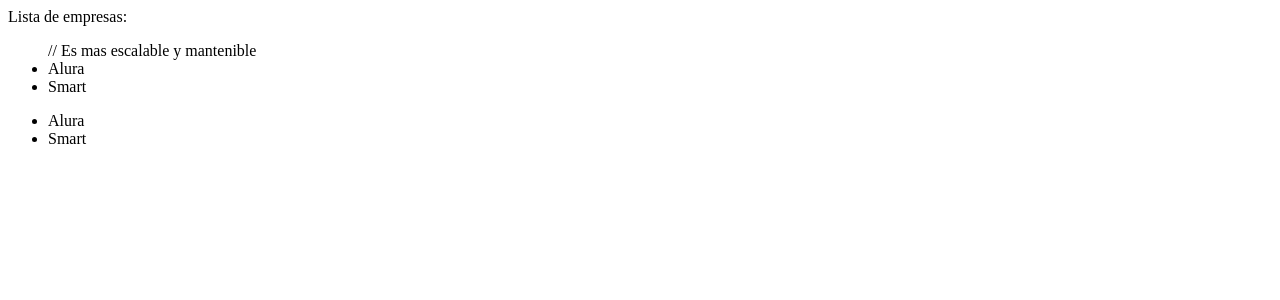
Repository: vtorres65/Crud_Servlet
Page: http://localhost/gerenciador/listaEmpresas
An editor plug-in stored every save of this project. The page is shown before and after the next save, followed by the edit.
The browser window is 1280 px wide. The pictures show the whole page.
The page is served by Tomcat 10. Other server files are loaded and not shown.

Above is the page before, as saved 2023-05-04 01:54:11.

### gerenciador/src/main/webapp/listaEmpresas.jsp
<%@page import="com.alura.gerenciador.servlet.Empresa"%>
<%@page import="java.util.List"%>
<%@ page language="java" contentType="text/html; charset=ISO-8859-1"
    pageEncoding="ISO-8859-1"%>
<%@ taglib uri="http://java.sun.com/jsp/jstl/core" prefix="c"%>
<!DOCTYPE html>
<html>
<head>
<meta charset="ISO-8859-1">
<title>Java Standard Taglib</title>
</head>
<body>
	Lista de empresas: <br />

	<ul>
		// Es mas escalable y mantenible
		<c:forEach items="${empresas}" var="empresa">
			<li>${ empresa.nombre }</li>
		</c:forEach>

	</ul>

	<ul>
		<% // No es escalable
			List<Empresa> lista = (List<Empresa>)request.getAttribute("empresas"); //${empresas}
			for (Empresa empresa : lista) {
		%>
			<li><%= empresa.getNombre()%></li>
		<%
			}
		%>

	</ul>

</body>
</html>

### gerenciador/src/main/java/com/alura/gerenciador/servlet/ListaEmpresasServlet.java
package com.alura.gerenciador.servlet;

import jakarta.servlet.RequestDispatcher;
import jakarta.servlet.ServletException;
import jakarta.servlet.annotation.WebServlet;
import jakarta.servlet.http.HttpServlet;
import jakarta.servlet.http.HttpServletRequest;
import jakarta.servlet.http.HttpServletResponse;
import java.io.IOException;
import java.io.PrintWriter;
import java.util.List;

public class ListaEmpresasServlet extends HttpServlet {
	private static final long serialVersionUID = 1L;

	protected void doGet(HttpServletRequest request, HttpServletResponse response) throws ServletException, IOException {

		Db baseDeDatos = new Db();
		List<Empresa> listaEmpresas = baseDeDatos.getEmpresas();

		request.setAttribute("empresas", listaEmpresas);

		RequestDispatcher rd = request.getRequestDispatcher("/listaEmpresas.jsp");
		rd.forward(request, response);
	}

}

### gerenciador/src/main/java/com/alura/gerenciador/servlet/Db.java
package com.alura.gerenciador.servlet;

import java.util.ArrayList;
import java.util.List;

public class Db {

	private static List<Empresa> listaEmpresas = new ArrayList<>();

	static {
		Empresa empresa = new Empresa();
		empresa.setNombre("Alura");
		Empresa empresa2 = new Empresa();
		empresa2.setNombre("Smart");

		listaEmpresas.add(empresa);
		listaEmpresas.add(empresa2);
	}

	public void agregarEmpresa(Empresa empresa) {
		Db.listaEmpresas.add(empresa);
	}

	public List<Empresa> getEmpresas(){
		return Db.listaEmpresas;
	}
}

### gerenciador/src/main/java/com/alura/gerenciador/servlet/Empresa.java
package com.alura.gerenciador.servlet;

import java.util.Date;

public class Empresa {

	private Integer id;
	private String nombre;
	private Date fechaApertura = new Date();

	public Integer getId() {
		return id;
	}
	public void setId(Integer id) {
		this.id = id;
	}
	public String getNombre() {
		return nombre;
	}
	public void setNombre(String nombre) {
		this.nombre = nombre;
	}
	public Date getFechaApertura() {
		return fechaApertura;
	}
	public void setFechaApertura(Date fechaApertura) {
		this.fechaApertura = fechaApertura;
	}


}

After the next save:
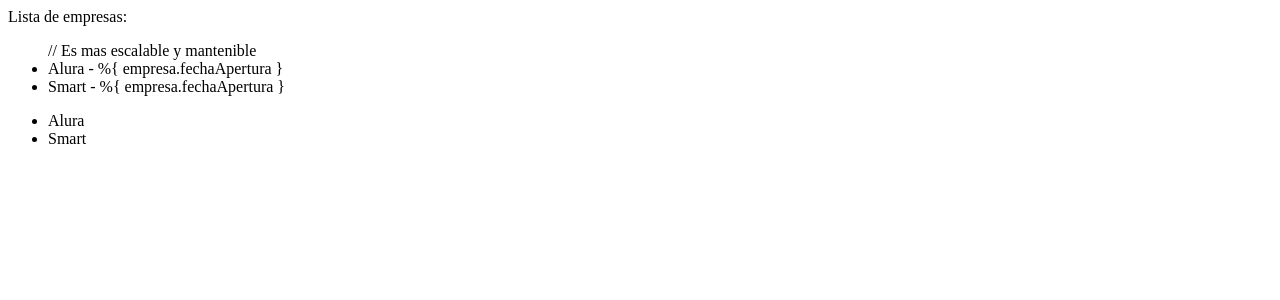
Saved 3 s later.
--- a/gerenciador/src/main/webapp/listaEmpresas.jsp
+++ b/gerenciador/src/main/webapp/listaEmpresas.jsp
@@ -15,7 +15,7 @@
 	<ul>
 		// Es mas escalable y mantenible
 		<c:forEach items="${empresas}" var="empresa">
-			<li>${ empresa.nombre }</li>
+			<li>${ empresa.nombre } - %{ empresa.fechaApertura }</li>
 		</c:forEach>
 
 	</ul>
